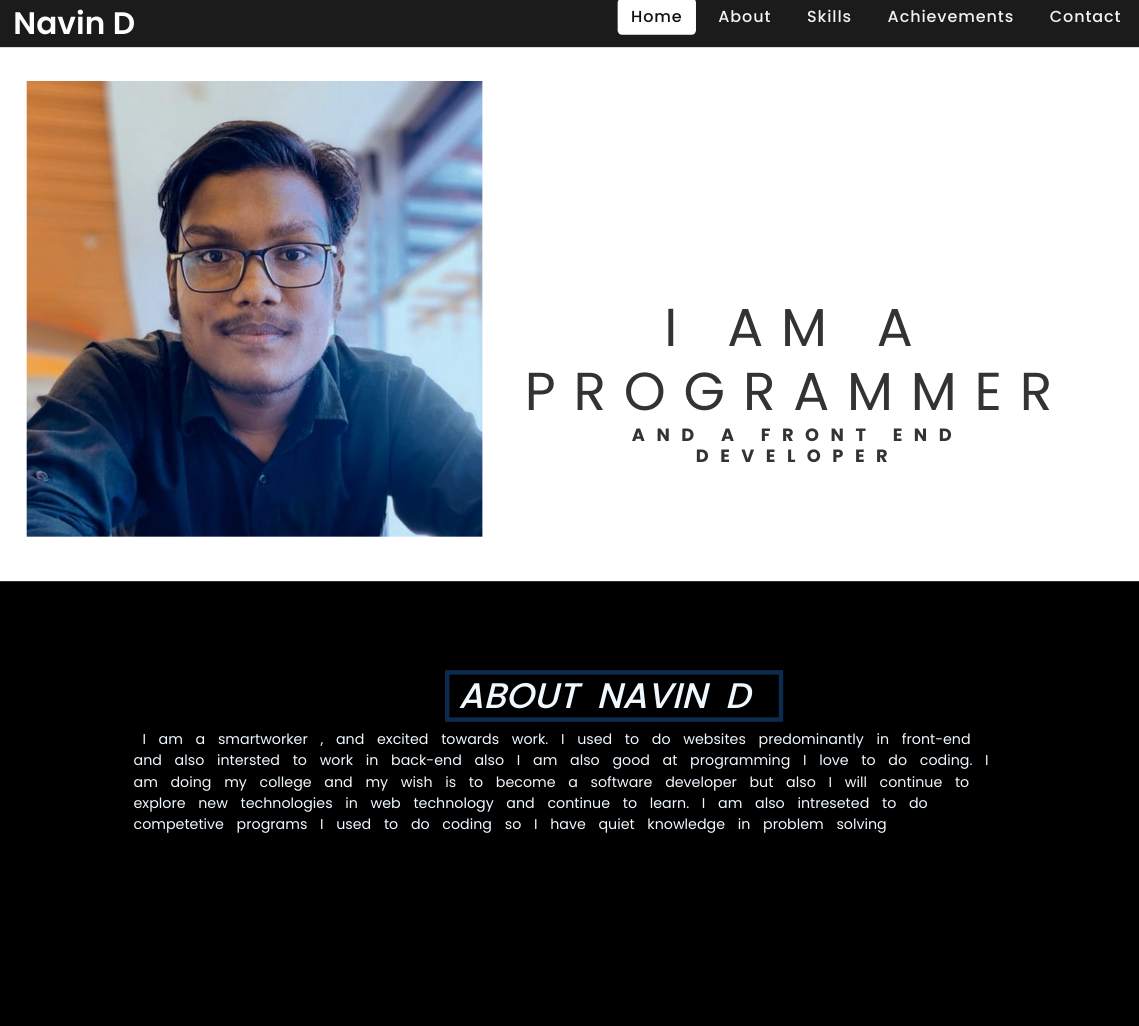
Repository: NavinDayanithi/OIBSIP
Page: Portfolio/index.html
An editor plug-in stored every save of this project. The page is shown before and after the next save, followed by the edit.
The browser window is 1280 px wide. The pictures show the whole page, at 89% of full size.

Above is the page before, as saved 2023-02-20 19:19:53.
Console error: TypeError: Cannot read properties of undefined (reading 'fn')

### Portfolio/index.html
<!DOCTYPE html>
<!-- Created By CodingNepal -->
<html lang="en" dir="ltr">
   <head>

      <meta charset="utf-8">
      <title>Navin's Portfolio</title>
      <script src="https://cdnjs.cloudflare.com/ajax/libs/OwlCarousel2/2.3.4/owl.carousel.min.js"></script>
      <script type="text/javascript" src="script.js"></script>
      <link rel="stylesheet" href="style.css">
      <link rel="stylesheet" href="https://cdnjs.cloudflare.com/ajax/libs/font-awesome/5.15.3/css/all.min.css"/>
      <meta name="viewport" content="width=device-width, initial-scale=1.0">
      <link href="https://cdn.jsdelivr.net/npm/bootstrap@5.3.0-alpha1/dist/css/bootstrap.min.css" rel="stylesheet" integrity="sha384-GLhlTQ8iRABdZLl6O3oVMWSktQOp6b7In1Zl3/Jr59b6EGGoI1aFkw7cmDA6j6gD" crossorigin="anonymous">
   </head>
   <body>
      <nav>
         <div class="logo">
            Navin D
         </div>
         <input type="checkbox" id="click">
         <label for="click" class="menu-btn">
         <i class="fas fa-bars"></i>
         </label>
         <ul>
            <li><a class="active" href="#">Home</a></li>
            <li><a href="#about">About</a></li>
            <li><a href="#skills">Skills</a></li>
            <li><a href="#">Achievements</a></li>
            <li><a href="#">Contact</a></li>
         </ul>
      </nav>
      <div >
        <img src="navinppimg.jpeg"  class="img1" alt="navinimg">
      </div>
      <div class="text-box">
        <h1 class="heading-primary">
         <span class="heading-primary-main">I am a Programmer</span>
          <span class="heading-primary-sub">and a front end developer</span>
         </h1>
   </div>
   <section class="about" id="about">
      <!-- <img class="about-img" src="https://embetronicx.com/wp-content/uploads/2017/08/background.jpg"  class="img1" alt="navinimg"> -->
      <div class="about-text">
         <h1> <i>ABOUT NAVIN D</i></h1>
         <p> I am a smartworker , and excited towards work.
             I used to do websites predominantly in front-end
             and also intersted to work in back-end also
             I am also good at programming I love to do coding. I am doing my college and my wish is to become a software developer but also I will continue to explore new technologies in web technology and continue to learn. I am also intreseted to do competetive programs I used to do coding so I have quiet knowledge in problem solving
             </p>
      </div>

    </body>
</section>
       </body>
</html>

### Portfolio/style.css
@import url('https://fonts.googleapis.com/css?family=Poppins:400,500,600,700&display=swap');
*{
  margin: 0;
  padding: 0;
  box-sizing: border-box;
  font-family: 'Poppins', sans-serif;
}
nav{
  display: flex;
  height: 100%;
  width: 100%;
  background: #1b1b1b;
  align-items: center;
  justify-content: space-between;
  /* padding: 0 50px 0 50px; */
  /* flex-wrap: wrap; */
}
nav .logo{
  color: #fff;
  font-size: 35px;
  font-weight: 600;
  margin-left: 15px;
}
nav ul{
  display: flex;
  flex-wrap: wrap;
  list-style: none;
}
nav ul li{
  margin: 0 5px;
}
nav ul li a{
  color: #f2f2f2;
  text-decoration: none;
  font-size: 18px;
  font-weight: 500;
  padding: 8px 15px;
  border-radius: 5px;
  letter-spacing: 1px;
  transition: all 0.3s ease;
}
nav ul li a.active,
nav ul li a:hover{
  color: #111;
  background: #fff;
}
nav .menu-btn i{
  color: #fff;
  font-size: 22px;
  cursor: pointer;
  display: none;
}
input[type="checkbox"]{
  display: none;
}
@media (max-width: 1000px){
  nav{
    padding: 0 40px 0 50px;
  }
}
@media (max-width: 920px) {
  nav .menu-btn i{
    display: block;
  }
  #click:checked ~ .menu-btn i:before{
    content: "\f00d";
  }
  nav ul{
    position: fixed;
    top: 80px;
    left: -100%;
    background: #111;
    height: 100vh;
    width: 100%;
    text-align: center;
    display: block;
    transition: all 0.3s ease;
  }
  #click:checked ~ ul{
    left: 0;
  }
  nav ul li{
    width: 100%;
    margin: 40px 0;
  }
  nav ul li a{
    width: 100%;
    margin-left: -100%;
    display: block;
    font-size: 20px;
    transition: 0.6s cubic-bezier(0.68, -0.55, 0.265, 1.55);
  }
  #click:checked ~ ul li a{
    margin-left: 0px;
  }
  nav ul li a.active,
  nav ul li a:hover{
    background: none;
    color: cyan;
  }
}
.content{
  position: absolute;
  top: 50%;
  left: 50%;
  transform: translate(-50%, -50%);
  text-align: center;
  z-index: -1;
  width: 100%;
  padding: 0 30px;
  color: #1b1b1b;
}
.content div{
  font-size: 40px;
  font-weight: 700;
}

.text-box {
    position: absolute;
    top: 60%;
    left: 70%;
    transform: translate(-50%, -50%);
    text-align:center;
  }

  .heading-primary {
      color:#333;
      text-transform: uppercase;
  }

  .heading-primary-main {
      display: block;
      font-size: 60px;
      font-weight: 400;
      letter-spacing: 20px;
     /*  Animation decalaration   */
      animation-name: moveInleft;
      animation-duration: 3s;
  }

  .heading-primary-sub {
      display: block;
      font-size: 20px;
      font-weight: 700;
      letter-spacing: 12.9px;

      animation-name: moveInRight;
      animation-duration: 3s;
  }

  @keyframes moveInleft {
      0% {
          opacity: 0;
          transform: translateX(-100px);
      }

      80% {
          transform: translateX(10px);
      }
      100% {
          opacity: 1;
          transform: translate(0);
      }
  }

  @keyframes moveInRight {
      0% {
          opacity: 0;
          transform: translateX(100px);
      }

      80% {
          transform: translateX(-10px);
      }

      100% {
          opacity: 1;
          transform: translate(0);
      }

  }
  .img1{
    margin-left: 30px;
     margin-top: 3%;
    display: block;
    height:40%;
    width:40%;


  }
  .a{
    float: left;
    /* display: inline; */
    width: 50%;


  }
  .b{
    /* display: inline; */
    float:right;
    width: 50%;
    margin-left: 50px;


  }
   .about{
    background-color: black;
    height: 500px;
    width: 100%;
    color: aliceblue;
    margin-top: 50px;

  }

 .about-text {
  padding-top: 100px;
   padding-left: 150px;
   padding-right: 150px;
   word-spacing: 10px;
   text-indent: 10px;
}
.about-text h1{
   margin-left:350px;
  border:5px solid rgb(11, 44, 76);
  width: 380px;
}

Loaded but not shown: Portfolio/script.js (common file)

After the next save:
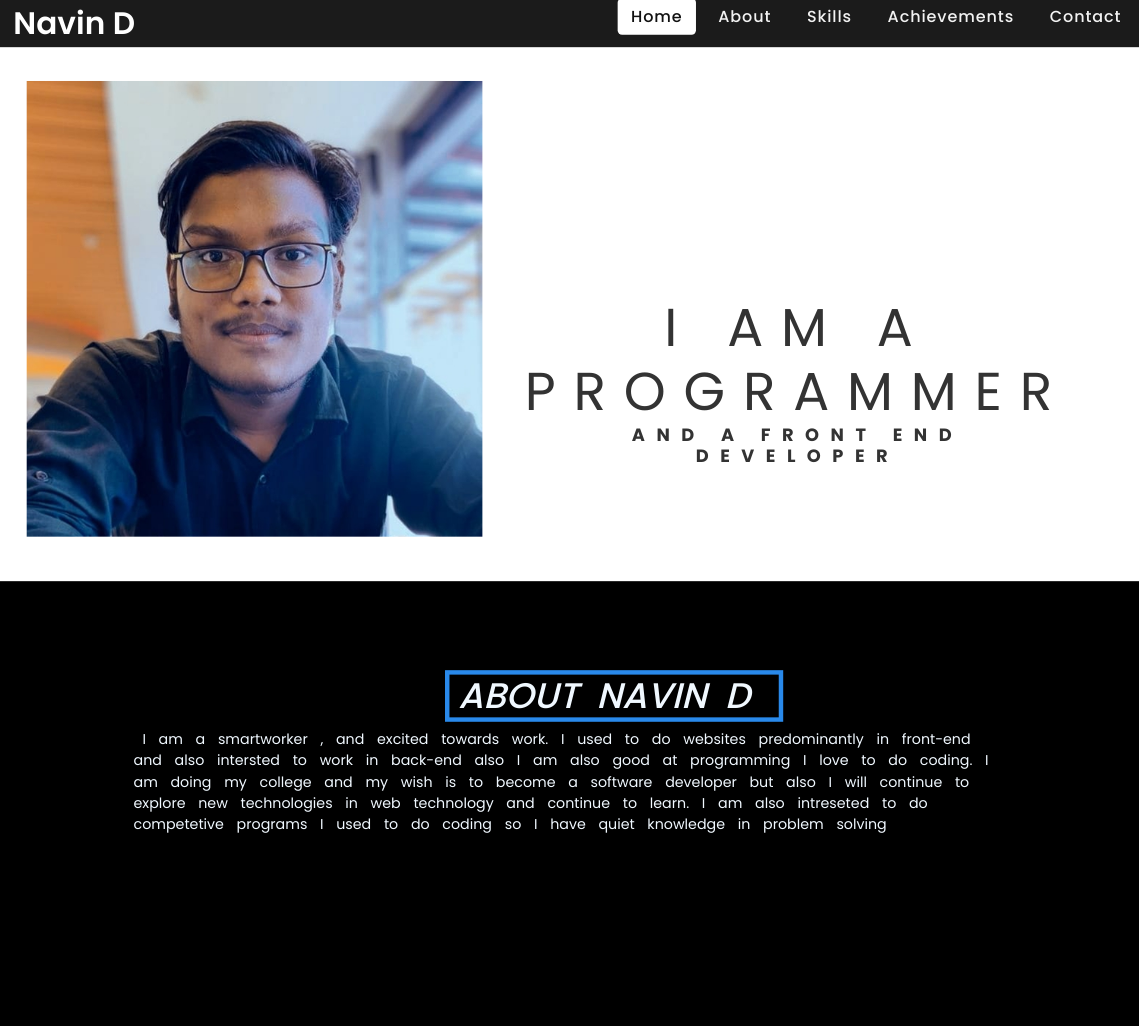
Saved 10 s later.
--- a/Portfolio/style.css
+++ b/Portfolio/style.css
@@ -221,6 +221,6 @@
 }
 .about-text h1{
    margin-left:350px;
-  border:5px solid rgb(11, 44, 76);
+  border:5px solid rgb(41, 137, 234);
   width: 380px;
 }
